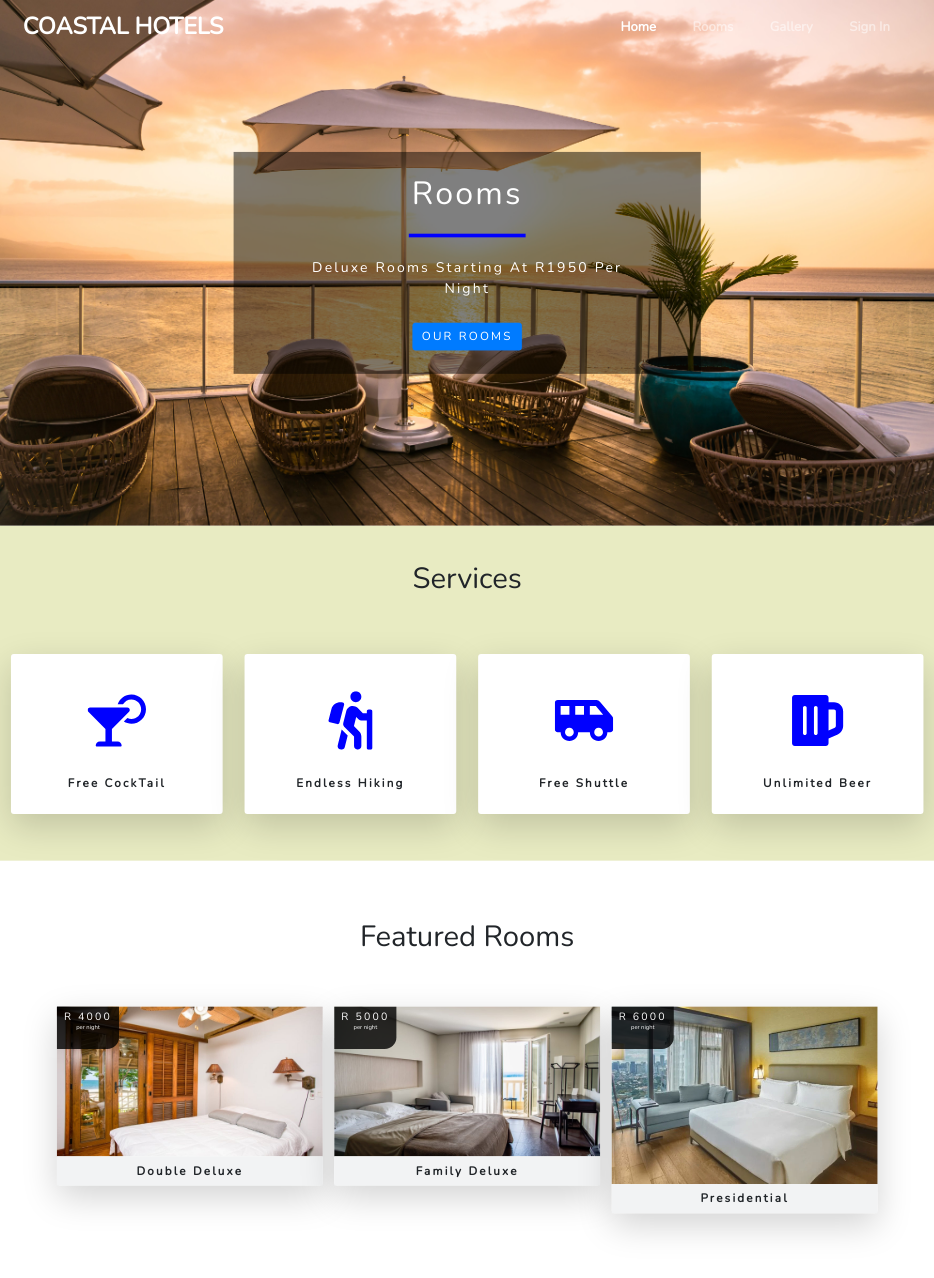
Repository: tebo27cMd/hotel
Page: /
The author's editor kept a copy of each file at every save. The page is drawn from the files as they stood at one save, then again after a run of saves.
The browser window is 1280 px wide. The pictures show the whole page, at 73% of full size.
The project was rebuilt for these pictures with package versions that can differ from the ones it lists, and the page was loaded fresh each time. Also part of the build but not shown: src/components/RoomsFilter.jsx, src/components/RoomsList.jsx, src/components/RoomsContainer.jsx, src/pages/Rooms.jsx, src/components/StyledHero.jsx, src/firebase.js, src/pages/SingleRoom.jsx, src/pages/Error.jsx and 7 more.

Above is the page before, as saved 2022-11-16 13:30:39.

### public/index.html
<!DOCTYPE html>
<html lang="en">
  <head>
    <meta charset="utf-8" />
    <link rel="icon" href="%PUBLIC_URL%/favicon.ico" />
    <meta name="viewport" content="width=device-width, initial-scale=1" />
    <meta name="theme-color" content="#000000" />
    <meta
      name="description"
      content="Web site created using create-react-app"
    />
    <link rel="apple-touch-icon" href="%PUBLIC_URL%/logo192.png" />
    <link rel="manifest" href="%PUBLIC_URL%/manifest.json" />
    <title>Hotel Booking App</title>
    <link href="https://fonts.googleapis.com/css2?family=Nunito&display=swap" rel="stylesheet">
  </head>
  <body>
    <noscript>You need to enable JavaScript to run this app.</noscript>
    <div id="root"></div>
  </body>
</html>

### src/index.js
import React from 'react';
import ReactDOM from 'react-dom';
import App from './App';
import './index.css'
import * as serviceWorker from './serviceWorker';
import {RoomProvider} from './context'


ReactDOM.render(
  <React.StrictMode>
  <RoomProvider>
     <App />
  </RoomProvider>
  </React.StrictMode>,
  document.getElementById('root')
);

serviceWorker.unregister();

### src/App.js
import React from 'react';
import './App.css';
import '../node_modules/bootstrap/dist/css/bootstrap.min.css';
import '../node_modules/bootstrap/dist/js/bootstrap.min.js';
import { BrowserRouter,Route,Switch } from 'react-router-dom';
import Home from './pages/Home';
import Rooms from './pages/Rooms';
import SingleRoom from './pages/SingleRoom';
import Error from './pages/Error';
import Navbar from './components/Navbar';
import About from './pages/About';
// import Footer from './components/Footer';
import Contact from './pages/Contact';
import Booknow from './pages/Booknow';
// import Login from './pages/Login';
// import Register from './pages/Register';
import Payment from './pages/Payments';
import Gallery from './pages/gallery';

function App() {
  return (
    <div className="App">
      <BrowserRouter>
        <Navbar/>
        <Switch>
          {/* <Route exact path="/" component={Login}/> */}
          <Route exact path="/" component={Home} />
          <Route path="/about" component={About} />
          <Route path="/contact" component={Contact} />
          <Route path="/rooms/:id" component={SingleRoom} />
          <Route path="/rooms/" component={Rooms}/>
          <Route path="/booknow/:id" component={Booknow} />
          <Route path='/payments' component={Payment}/>
          <Route path='/gallery' component={Gallery}/>
          {/* <Route path='/login' component={Login}/>
          <Route path='/register' component={Register}/> */}
          <Route component={Error}/>
        </Switch>
        {/* <Footer/> */}
      </BrowserRouter>
    </div>
  );
}

export default App;

### src/App.css
@import url('https://fonts.googleapis.com/css2?family=Nunito&display=swap');
body {
  margin: 0;
  padding: 0;
  font-family: 'Nunito', sans-serif;
}
* {
  margin: 0;
  padding: 0;
  box-sizing: border-box;
}
:root {
  --primaryColor: #0000ff;
  --mainWhite: #fff;
  --offWhite: #f7f7f7;
  --mainBlack: #222;
  --mainGrey: #ececec;
  --darkGrey: #cfcfcf;
  --mainTransition: all 0.3s linear;
  --mainSpacing: 3px;
  --lightShadow: 2px 5px 3px 0px rgba(0, 0, 0, 0.5);
  --darkShadow: 4px 10px 5px 0px rgba(0, 0, 0, 0.5);
}
/* globals */
h1 {
  font-size: 3em;
  line-height: 1;
  margin-bottom: 0.5em;
}
h2 {
  font-size: 2em;
  margin-bottom: 0.75em;
}
h3 {
  font-size: 1.5em;
  line-height: 1;
  margin-bottom: 1em;
}
h4 {
  font-size: 1.2em;
  line-height: 1.25;
  margin-bottom: 1.25em;
}
h5 {
  font-size: 1em;
  font-weight: bold;
  margin-bottom: 1.5em;
}
h6 {
  font-size: 1em;
  font-weight: bold;
  margin-bottom: 1.5em;
}

.btn-primary {
  display: inline-block;
  text-decoration: none;
  letter-spacing: var(--mainSpacing);
  color: var(--mainBlack);
  background: var(--primaryColor);
  padding: 0.4rem 0.9rem;
  border: 3px solid var(--primaryColor);
  transition: var(--mainTransition);
  text-transform: uppercase;
  cursor: pointer;
}
.btn-warning {
  display: inline-block;
  text-decoration: none;
  letter-spacing: var(--mainSpacing);
  color: var(--mainBlack);
  background: var(--primaryColor);
  padding: 0.4rem 0.9rem;
  border: 3px solid var(--primaryColor);
  transition: var(--mainTransition);
  text-transform: uppercase;
  cursor: pointer;
}
.btn-primary:hover{
  text-decoration: none;
  background: transparent!important;
  color: #fff!important;
}
.btn-warning:hover{
  text-decoration: none;
  background: transparent!important;
  color: yellow!important;
}
.loading {
  text-transform: capitalize;
  text-align: center;
  margin-top: 3rem;
}
.roomerror{
  margin-top: 100px;
}
.roomerror:hover .error{
  background-color: #2C3E50;
  color: #ffffff!important;
}
.error {
  text-align: center;
  text-transform: uppercase;
  margin: 2rem 0;
}
.empty-search {
  text-align: center;
  text-transform: capitalize;
  margin: 2rem 0;
  padding: 1rem;
  letter-spacing: var(--mainSpacing);
}

/* end of globals */
/* Navbar */
.nav-link{
  padding: 8px 15px;
  margin-left: 10px;
  margin-right: 20px;
  font-size: 18px;
  text-align: center;
  border: 2px solid transparent;
  transition: .5s linear;
  font-weight: 800;
  -webkit-transition: .5s linear;
  -moz-transition: .5s linear;
  -ms-transition: .5s linear;
  -o-transition: .5s linear;
}
.bg-transparent.scrolled {
  background-color: black!important;
  transition:500ms ease;
}

.navbar-brand{
  font-size: 32px!important;
  color: #ffffff!important;
}
.nav-link:hover{
  color: #ffffff;
  border-bottom: 2px solid #ffffff;
}
.nav-link.active_class{
color: #ffffff;
border: 2px solid #ffffff;
font-weight: 800;
}

.form-control{
border: 2px solid #000;
}
.form-control:focus,
.form-control.active {
  border: 2px solid #000000!important;
}
textarea:focus,
textarea.form-control:focus,
input.form-control:focus,
input[type=text]:focus,
input[type=password]:focus,
input[type=email]:focus,
input[type=number]:focus,
[type=text].form-control:focus,
[type=password].form-control:focus,
[type=email].form-control:focus,
[type=tel].form-control:focus,
[contenteditable].form-control:focus {
box-shadow: inset 0 -1px 0 #ddd;
}


/* end of navbar */
/* Hero */
.defaultHero,
.roomsHero {
  min-height: calc(100vh - 0px);
  background: url("./images/bg1.jpeg") center/cover no-repeat;
  display: flex;
  align-items: center;
  justify-content: center;
  position: relative;
}
.roomsHero {
  background-image: url("./images/room-2.jpg");
  min-height: calc(100vh - 0px);
}
.singleRoom {
  background-image: url("./images/room-3.jpeg");
  min-height: calc(100vh - 0px);
}
.roomsError{
  background-image: url("./images/error.jpg");
  min-height: calc(100vh - 0px);
}
.lost{
  font-size: 44px;
  color: yellow;
  text-align: center;
}
/* End of Hero */
/* Banner */
.banner {
  display: inline-block;
  position: absolute!important;
  background: rgba(0, 0, 0, 0.5)!important;
  color: var(--mainWhite);
  text-align: center;
  text-transform: capitalize;
  letter-spacing: var(--mainSpacing);
  top: 50%;
  left: 50%;
  transform: translate(-50%, -50%);
}
.banner h1 {
  font-size: 44px!important;
}
.banner div {
  width: 10rem;
  height: 5px;
  background: var(--primaryColor);
  margin: 1.7rem auto;
}
.banner p {
  font-size: 1.2rem;
  margin-bottom: 2rem;
}
@media screen and (max-width: 576px) {
  .banner {
    padding: 2rem 3rem!important
  }
  .banner h1 {
    font-size: 32px!important;
  }
}
@media screen and (min-width: 992px) {
  .banner {
    padding: 2rem 6rem;
  }
  .banner h1 {
    font-size: 4rem;
  }
}
/* End of Banner */
/* Title */
.section-title {
  text-align: center;
  margin-bottom: 4rem;
}
.section-title h4 {
  font-size: 2rem;
  letter-spacing: var(--mainSpacing);
  text-transform: capitalize;
  margin-bottom: 1rem;
}
.section-title div {
  width: 5rem;
  height: 5px;
  margin: 0 auto;
  background: var(--primaryColor);
}
/* end of Title */

/* services */
.services {
  padding: 3rem 0;
}
.services {
  background: #E8EBC2;
  text-align: center;
}

.service span {
  display: inline-block;
  color: var(--primaryColor);
  font-size: 80px;
  margin-bottom: 1.5rem;
  transition: 1s linear;
  -webkit-transition: 1s linear;
  -moz-transition: 1s linear;
  -ms-transition: 1s linear;
  -o-transition: 1s linear;
}
.services span:hover{
  transform: rotate(360deg);
  -webkit-transform: rotate(360deg);
  -moz-transform: rotate(360deg);
  -ms-transform: rotate(360deg);
  -o-transform: rotate(360deg);
}
.services h6 {
  letter-spacing: var(--mainSpacing);
  font-weight: 1000;
  text-transform: capitalize;
}
.services p {
  width: 80%;
  margin: 0 auto;
}
@media screen and (min-width: 992px) {
  .services-center {
    width: 95vw;
    max-width: 1170px;
  }
}

@media screen and (min-width: 1200px) {
  .services p {
    width: 100%;
  }
}
/*end of services */
/* featured rooms */

.featured-rooms {
  padding: 5rem 0;
}

/* end pf featured rooms */
/* room */
.room {
  transition: 0.4s linear;
  -webkit-transition: 0.4s linear;
  -moz-transition: 0.4s linear;
  -ms-transition: 0.4s linear;
  -o-transition: 0.4s linear;
  position: relative;
}
.room:hover {
  box-shadow: 0px 9px 18px rgba(0, 0, 0, 0.5)!important;
}

.price-top {
  position: absolute;
  top: 0;
  left: 0;
  background: rgba(0, 0, 0, 0.8);
  color: var(--mainWhite);
  padding: 0.3rem 0.6rem 0.5rem;
  border-bottom-right-radius: 1rem;
  font-size: 0.5rem;
  text-align: center;
  transition: 0.4s linear;
  -webkit-transition: 0.4s linear;
  -moz-transition: 0.4s linear;
  -ms-transition: 0.4s linear;
  -o-transition: 0.4s linear;
}
.price-top h6 {
  margin-bottom: 0;
  font-size: 0.9rem;
  font-weight: 300;
  letter-spacing: var(--mainSpacing);
}
.room-link {
  position: absolute;
  bottom: 0;
  right: 0;
  opacity: 0;
  transition: all 0.3s linear;
}
.room:hover {
  background: rgba(0, 0, 0, 0.8);
}
.room:hover img {
  opacity: 0.3;
}
.room:hover .price-top {
  opacity: 0;
}
.room:hover .room-link {
  opacity: 1;
  transform: translate(-90%, -200%) scale(1);
  -webkit-transform: translate(-90%, -200%) scale(1);
  -moz-transform: translate(-90%, -200%) scale(1);
  -ms-transform: translate(-90%, -200%) scale(1);
  -o-transform: translate(-90%, -200%) scale(1);
}
.room-info {
  background: #F2F3F4;
  text-transform: capitalize;
  padding: 0.5rem 0;
  text-align: center;
  font-weight: 700;
  letter-spacing: var(--mainSpacing);
  margin-bottom: 0;
}
/* end of room  */
/* single room*/

.single-room {
  padding: 5rem 0 0 0;
}
.single-room-images {
  width: 80vw;
  margin: 0 auto;
  display: grid;
  grid-template-columns: repeat(auto-fit, minmax(350px, 1fr));
  grid-row-gap: 2rem;
  grid-column-gap: 50px;
}
.single-room-images img {
  width: 100%;
  display: block;
}
.single-room-info {
  width: 80vw;
  display: grid;
  grid-template-columns: 1fr;
  margin: 2rem auto;
}
.desc,
.info {
  margin: 1rem 0;
}
.desc h3 {
  text-transform: capitalize;
  letter-spacing: var(--mainSpacing);
}
.desc p {
  line-height: 1.5;
}
.info h3,
.info h6 {
  text-transform: capitalize;
  letter-spacing: var(--mainSpacing);
}

.info h6 {
  font-weight: 300;
}
.room-extras {
  width: 80vw;
  margin: 0 auto 3rem auto;
}
.room-extras h6 {
  text-transform: capitalize;
  letter-spacing: var(--mainSpacing);
}
.extras {
  list-style-type: none;
  display: grid;
  grid-template-columns: repeat(auto-fit, minmax(330px, 1fr));
  grid-column-gap: 2rem;
  grid-row-gap: 1rem;
}
@media screen and (min-width: 992px) {
  .single-room-images,
  .single-room-info,
  .room-extras {
    width: 95vw;
    max-width: 1170px;
  }
  .single-room-info {
    display: grid;
    grid-template-columns: 1fr 1fr;
    grid-column-gap: 2rem;
  }
  .info {
    padding-left: 3rem;
  }
}
/* end of single room*/
/* roomlist */
.roomslist {
  padding: 5rem 0;
}
.roomslist-center {
  width: 80vw;
  margin: 0 auto;
  display: grid;
  grid-template-columns: repeat(auto-fill, minmax(270px, 1fr));
  grid-row-gap: 2rem;
  grid-column-gap: 30px;
}

@media screen and (min-width: 776px) {
  .roomslist-center {
    width: 90vw;
  }
}
@media screen and (min-width: 992px) {
  .roomslist-center {
    width: 95vw;
    max-width: 1170px;
  }
}
/* end of roomlist */
/*  rooms fitler*/
/* .filter-container {
  padding: 5rem 0;
}

.form-group {
  text-transform: capitalize;
}
.form-group label {
  display: block;
  letter-spacing: var(--mainSpacing);
  margin-bottom: 0.5rem;
} */

.single-extra label {
  display: inline-block;
  font-size: 0.8rem;
  margin-left: 0.5rem;
}

/* end of rooms fitler*/

/* aboutus */

.aboutus,.contact{
  margin-top: 100px!important;
}
.about_company,.team{
  padding: 60px 30px;
}
.about_info{
  letter-spacing: 40;
}
.carousel-inner{
  min-height: 400px!important;
  max-height: 400px!important;
}
.connect{
  font-size: 44px!important;
  padding: 5px 8px;
}
/*  */
.container-log{
  display: flex;
  width: 100vw;
  height: 100vh;
  background:url(./images/back.jpg);
  background-size: cover;
justify-content: center;
}


.details{
  padding-top: 200px;
  content:center ;
  /* place-content: ; */
}

.put{
  width:50px;
  font-size: 20px;
  margin-top:10px;
  padding-right: 30px;
}

.put label{
 width: 500px;
 /* height: 100px; */
 font-size: 0.9em;
}

#det{
  width: 300px;
  height: 30px;
  border-radius: 10px;
  border: 1px solid rgb(110, 9, 177);
}

.btn-login{
  display: flex;
  font-size: 19px;
  border-radius:9px;
  color:white;
  background: rgb(255, 98, 0);
  box-shadow:  black 0px 15px 12px;
  outline: none;
  cursor: pointer;
  margin-top: 20px;
  width: 60px;


}
.acc{
  display: flex;
  flex-direction: row;
}

.acc span{
  padding-top:15px;
}
.btnl{
  display: flex;
  justify-content: center;
}


.containerreg{

  padding-top: 200px;
  display: grid;
  background:url(./images/back.jpg);
  background-size: cover;
}

.input{
  width:300px;
  margin-bottom:5px ;
}
#input{
  height: 40px;
  width: 350px;
  border-radius:10px;
  border: 1px solid rgb(110, 9, 177);
}

.input label{
  font-size: 1.1em;
}

.Register{
  background-size: cover;
  display: flex;
  flex-direction: column;
  align-items: center;
  width: 400px;
  margin:auto;
}

.btn-reg{
  display: flex;
  font-size: 20px;
  border-radius:25px;
  color:white;
  background: blue;
  box-shadow:  black 0px 15px 12px;
  outline: none;
  cursor: pointer;
  transition: all 0.1s;


}

### src/pages/Home.jsx
import React from 'react'
import Hero from '../components/Hero';
import Banner from '../components/Banner';
import { Link } from 'react-router-dom';
import Services from '../components/Services';
import FeaturedRooms from '../components/FeaturedRooms';

export default function Home() {
    return (
        <>
        <Hero hero="defaultHero">
        </Hero>
        <Banner title="Rooms" subtitle="deluxe rooms starting at R1950 per night">
                <Link to="/rooms" className="btn btn-primary">
                      Our Rooms
                </Link>
        </Banner>
        <Services/>
        <FeaturedRooms/>
        </>

    )
}

### src/components/Navbar.jsx
import React from 'react';
import {NavLink} from 'react-router-dom';
import { FaAlignRight } from 'react-icons/fa';
import jquery from 'jquery';

// for changing navbar  color
jquery(window).scroll(function() {
jquery('nav').toggleClass('scrolled', jquery(this).scrollTop() > 0);
})

const Navbar = () => {
    return (
    <>
        <nav className="navbar navbar-expand-sm navbar-dark bg-transparent py-2 fixed-top">
            <div className="container-fluid ">
                <span className="navbar-brand font-weight-bolder">COASTAL HOTELS</span>
                <a href="void(0)" className="navbar-toggler border-0" data-toggle="collapse" data-target="#navbarSupportedContent" aria-controls="navbarSupportedContent" aria-expanded="false" aria-label="Toggle navigation">
                    <span>
                        <FaAlignRight className="nav-icon" /></span>
                </a>
                <div className="collapse navbar-collapse" id="navbarSupportedContent">
                    <ul className="navbar-nav ml-auto">
                        <li className="nav-item">
                            <NavLink className="nav-link"   to="/">Home</NavLink>
                        </li>
                        <li className="nav-item">
                            <NavLink className="nav-link"   to="/rooms">Rooms</NavLink>
                        </li>
                        <li className="nav-item">
                            <NavLink className="nav-link"   to="/Gallery">Gallery</NavLink>
                        </li>
                        <li className="nav-item">
                            <NavLink className="nav-link"   to="/login">Sign In</NavLink>
                        </li>
                    </ul>
                </div>
            </div>
        </nav>
    </>
    );
}
export default Navbar;

### src/components/Hero.jsx
import React from 'react'

export default function Hero({childern, hero}) {
    return <header className={hero}>{childern}</header>;

}

Hero.defaulProps ={
    hero:"defaultHero"
};

### src/components/Banner.jsx
import React from 'react'

export default function Banner({ children , title , subtitle  }) {
    return (
        <div className="banner">
            <h1>{title}</h1>
            <div/>
            <p>{subtitle}</p>
             {children}
        </div>
    )
}

### src/components/Services.jsx
import React, { Component } from 'react'
import Title from './Title'
import {FaCocktail, FaHiking , FaShuttleVan,FaBeer} from 'react-icons/fa'

export default class Services extends Component {
    state={
        services:[
            {
                icon:<FaCocktail/>,
                title: "Free CockTail",

            },
            {
                icon:<FaHiking/>,
                title: "Endless Hiking",

            },
            {
                icon:<FaShuttleVan/>,
                title: "Free Shuttle",

            },
            {
                icon:<FaBeer/>,
                title: "Unlimited Beer",

            },

        ]
    }
    render() {
        return (
            <div className="container-fluid services">
             <Title title="Services" />
                <div className="row">
                   {this.state.services.map((item, index) => {
                      return(
                        <div className="col-md-4 col-lg-3 col-12 mx-auto my-3" key={index}>
                            <div className="card shadow-lg border-0 p-4">
                                <article className="service">
                                <span>{item.icon}</span>
                                <h6>{item.title}</h6>
                                <p>{item.info}</p>
                                </article>
                           </div>
                        </div>
                      )
                   })}
                </div>
            </div>
        )
    }
}

### src/components/FeaturedRooms.jsx
import React, { Component } from 'react'
import { RoomContext } from '../context'
import Loading from './Loading';
import Room from './Room';
import Title from './Title';

export default class FeaturedRooms  extends Component {
    static contextType = RoomContext;
    render() {
        let { loading, featuredRooms : rooms } = this.context;
        console.log(rooms);
        rooms = rooms.map(room => {
            return <Room key={room.id} room={room}/>
        });
        return (

            <section className="featured-rooms container">
                <Title  title="Featured Rooms" />
                <div className="row">
                  {loading ? <Loading/> : rooms}
                </div>
            </section>
        )
    }
}

### src/components/Title.jsx
import React from 'react'

export default function Title({title}) {
    return (
        <div className="section-title">
            <h1>{title}</h1>
            {/* <div/> */}
        </div>
    )
}

### src/components/Loading.js
import React from 'react'
import loadingGif from '../images/gif/loading-arrow.gif';
export default function Loading() {
    return (
        <div className="loading">
           <h4>Rooms data loading...</h4>
           <img  src={loadingGif} alt="loading please wait"/>
        </div>
    )
}

### src/components/Room.jsx
import React from 'react';
import {Link} from 'react-router-dom';
import defaultImg from '../images/room-1.jpeg';
import PropTypes from 'prop-types';

export default function Room({room}) {
    const { name , id, images, price } = room;
    return (
        <div className="col-md-4 col-12 mx-auto p-2">
            <div className="card shadow-lg border-0 room">
                <img src={images[0] || defaultImg} alt="single room" className="img-fluid"/>
                <div className="price-top">
                    <h6>R {price}</h6>
                    <p>per night</p>
                </div>
                <Link to={`/rooms/${id}`} className="btn-warning room-link text-center" >Features</Link>
              <p className="room-info">{name}</p>
            </div>
        </div>
    )
}

Room.propTypes = {
    room: PropTypes.shape({
        name:PropTypes.string.isRequired,
        id:PropTypes.string.isRequired,
        images:PropTypes.arrayOf(PropTypes.string).isRequired,
        price:PropTypes.number.isRequired,
    })
}

Loaded but not shown: src/index.css (common file); src/serviceWorker.js (common file); src/data.js (760 lines, source omitted); src/context.js (116 lines, source omitted)

After the next 5 saves:
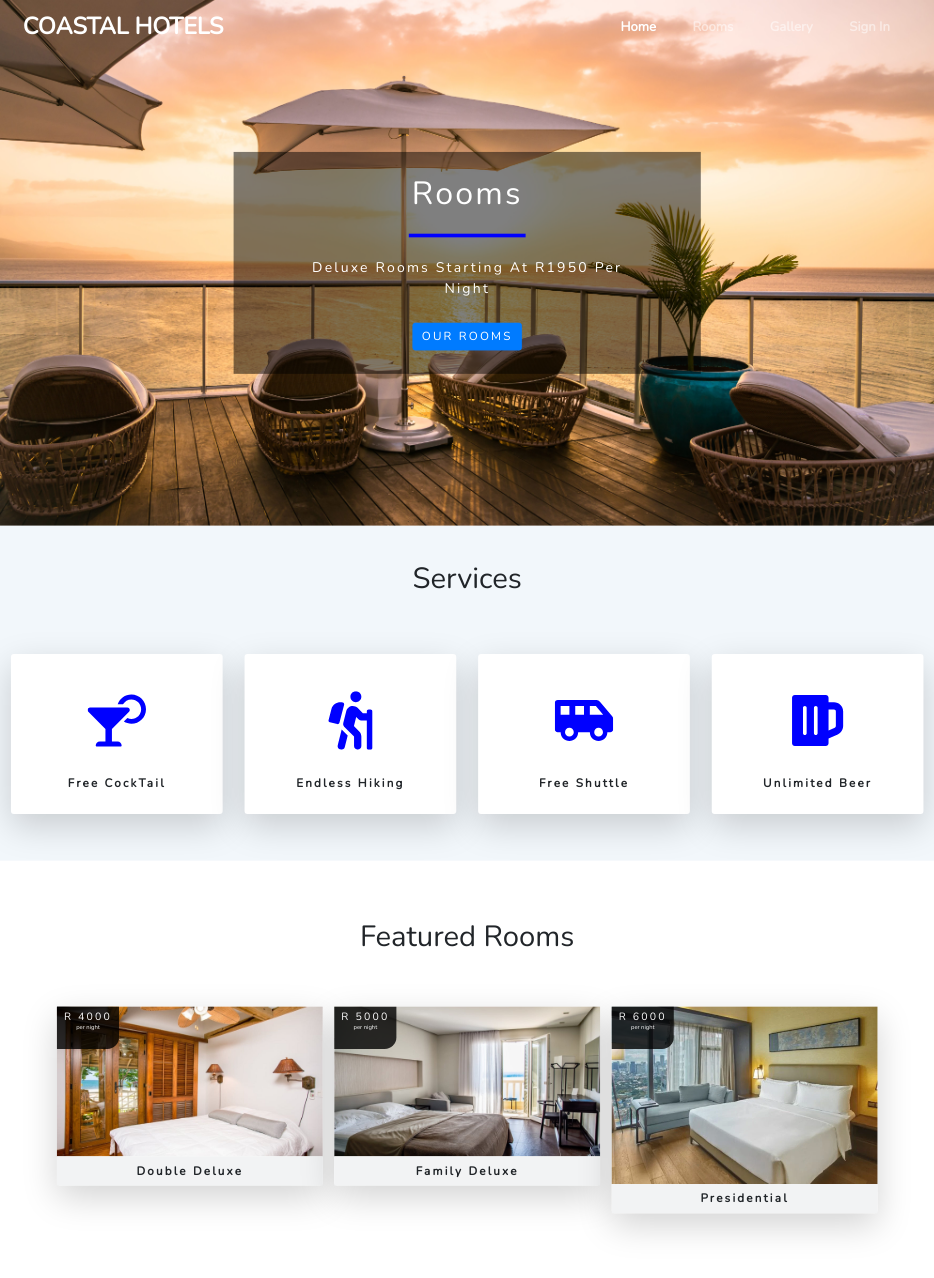
The 5 saves are shown as one change because they came seconds apart.
The last was saved 71 s later.
--- a/src/App.css
+++ b/src/App.css
@@ -265,7 +265,7 @@ box-shadow: inset 0 -1px 0 #ddd;
   padding: 3rem 0;
 }
 .services {
-  background: #E8EBC2;
+  background: #F2F7FB;
   text-align: center;
 }
 
